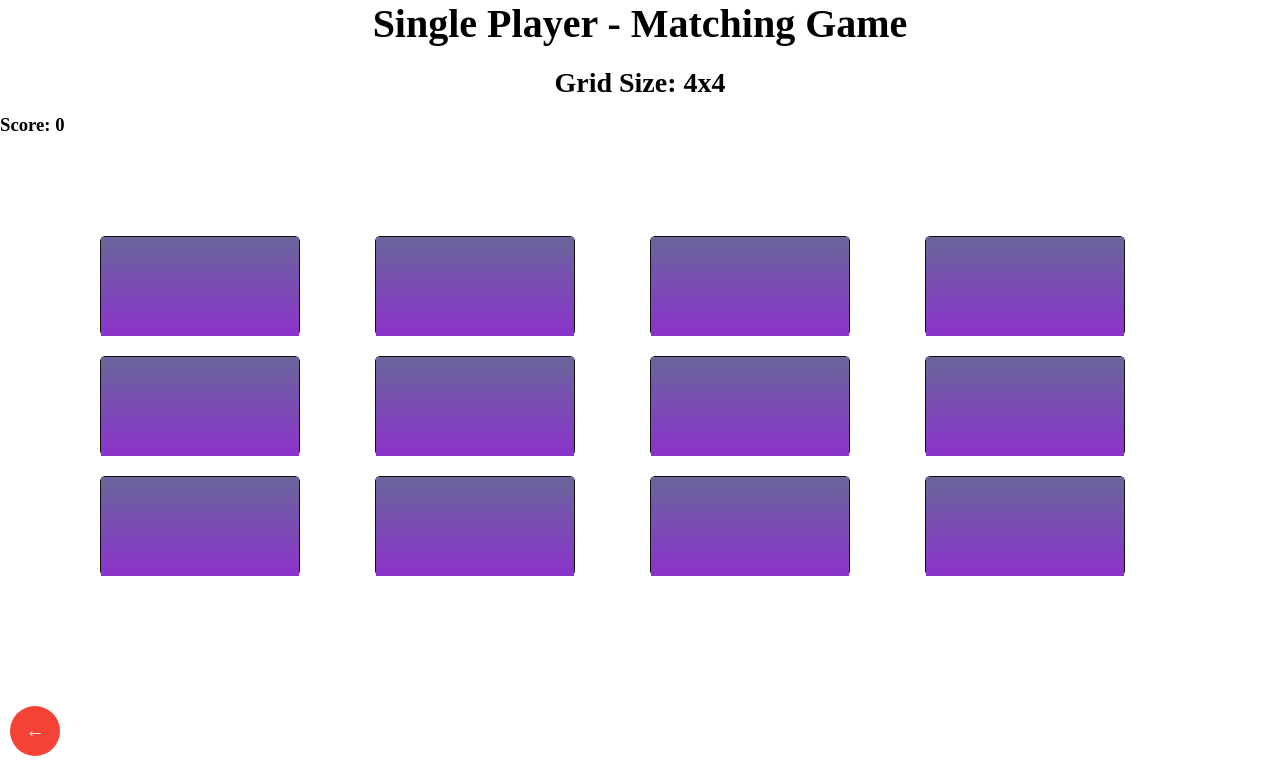
Repository: parnelltse/frontend2-courseproject
Page: /singlegame
The author's editor kept a copy of each file at every save. The page is drawn from the files as they stood at one save, then again after the next save.
The browser window is 1280 px wide. The pictures show the whole page.
The project was rebuilt for these pictures with package versions that can differ from the ones it lists, and the page was loaded fresh each time. Also part of the build but not shown: vite.config.js, src/pages/landing.jsx, src/pages/home.jsx, src/pages/gameoptions.jsx, src/pages/appsettings.jsx, src/pages/profilesettings.jsx, src/pages/gamehistory.jsx, src/pages/singleplayer.jsx and 3 more.

Above is the page before, as saved 2024-11-30 21:32:39.

### src/App.jsx
import React, { useState } from 'react';
import { BrowserRouter as Router, Routes, Route } from 'react-router-dom';
import { Landing } from './pages/landing';
import Home from './pages/home';
import Gameoptions from './pages/gameoptions';
import AppSettings from './pages/appsettings';
import ProfileSettings from './pages/profilesettings';
import GameHistory from './pages/gamehistory'; // Import GameHistory
import SinglePlayer from './pages/singleplayer';
import MultiPlayer from './pages/multiplayer';
import ResumeGame from './pages/resumegame';
import SingleGame from './pages/singlegame';
import MultiGame from './pages/multigame';

function App() {
  const [scores, setScores] = useState([
    { date: '2024-10-19', score: 85, gameMode: 'Single Player' },
    { date: '2024-10-18', score: 90, gameMode: 'Multiplayer' },
    { date: '2024-10-17', score: 75, gameMode: 'Single Player' },
  ]);

  return (
    <Router>
      <Routes>
        <Route path="/" element={<Landing />} />
        <Route path="/home" element={<Home />} />
        <Route path="/gameoptions" element={<Gameoptions />} />
        <Route path="/appsettings" element={<AppSettings />} />
        <Route path="/profilesettings" element={<ProfileSettings />} />
        <Route path="/gamehistory" element={<GameHistory scores={scores} />} /> {/* Pass scores as prop */}
        <Route path="/singleplayer" element={<SinglePlayer />} />
        <Route path="/multiplayer" element={<MultiPlayer />} />
        <Route path="/resumegame" element={<ResumeGame />} />
        <Route path="/singlegame" element={<SingleGame />} />
        <Route path="/multigame" element={<MultiGame />} />
      </Routes>
    </Router>
  );
}

export default App;

### src/pages/singlegame.jsx
import React, { useState, useEffect } from "react";
import { useLocation } from "react-router-dom";
import BackButton from "../components/BackButton";
import "../App.css";

const cardImages = [
  "/card-1.png",
  "/card-2.png",
  "/card-3.png",
  "/card-4.png",
  "/card-5.png",
  "/card-6.png",
];

export default function SingleGame() {
  const location = useLocation();
  const { gridSize } = location.state || { gridSize: 4 }; // Default to 4x4

  const totalCards = gridSize * gridSize;
  const totalPairs = totalCards / 2; // Total pairs to match

  const [cards, setCards] = useState([]);
  const [flippedCards, setFlippedCards] = useState([]);
  const [gameEnded, setGameEnded] = useState(false);
  const [score, setScore] = useState(0); // Score out of 100
  const [matchedPairs, setMatchedPairs] = useState(0); // Keep track of matched pairs

  useEffect(() => {
    initializeGame();
  }, [gridSize]);

  const initializeGame = () => {
    const selectedImages = cardImages.slice(0, totalPairs); // Get unique pairs
    const shuffledCards = shuffleCards([...selectedImages, ...selectedImages]);

    setCards(
      shuffledCards.map((image, index) => ({
        id: index,
        image,
        flipped: false,
        matched: false,
      }))
    );
    setFlippedCards([]);
    setGameEnded(false);
    setScore(0); // Reset score on new game
    setMatchedPairs(0); // Reset matched pairs
  };

  const shuffleCards = (cards) => {
    return cards.sort(() => Math.random() - 0.5);
  };

  const handleCardClick = (cardId) => {
    if (flippedCards.length === 2 || cards.find((card) => card.id === cardId).matched) return;

    const updatedCards = cards.map((card) =>
      card.id === cardId ? { ...card, flipped: true } : card
    );
    setCards(updatedCards);
    setFlippedCards((prev) => [...prev, cardId]);

    if (flippedCards.length === 1) {
      const firstCard = cards.find((card) => card.id === flippedCards[0]);
      const secondCard = cards.find((card) => card.id === cardId);

      if (firstCard.image === secondCard.image) {
        // Match found
        setTimeout(() => {
          setCards((prev) =>
            prev.map((card) =>
              card.id === firstCard.id || card.id === secondCard.id
                ? { ...card, matched: true }
                : card
            )
          );
          setFlippedCards([]);
          setMatchedPairs((prev) => prev + 1); // Increment matched pairs
          const newScore = Math.min(
            ((matchedPairs + 1) / totalPairs) * 100, // Calculate score as percentage
            100
          );
          setScore(newScore); // Update score based on matched pairs
        }, 500); // Delay to show match
      } else {
        // No match
        setTimeout(() => {
          setCards((prev) =>
            prev.map((card) =>
              card.id === firstCard.id || card.id === secondCard.id
                ? { ...card, flipped: false }
                : card
            )
          );
          setFlippedCards([]);
          // Penalize score on mismatch
          setScore((prevScore) => Math.max(prevScore - 15, 0)); // Prevent negative score
        }, 1000); // Delay to flip back
      }
    }
  };

  useEffect(() => {
    if (cards.length > 0 && cards.every((card) => card.matched)) {
      setGameEnded(true);
    }
  }, [cards]);

  return (
    <div className="single-game-container">
      <h1>Single Player - Matching Game</h1>
      <div className="gameInfoBox">
        <h2>Grid Size: {gridSize}x{gridSize}</h2>
        <div className="score-display">
          <h3>Score: {score.toFixed(0)}</h3> {/* Display score rounded to 0 decimal places */}
        </div>
      </div>

      {gameEnded ? (
        <div>
          <h2 className="congrat">Congratulations! You've matched all the cards!</h2>
          <div className="game-controls">
            <BackButton />
            <button onClick={initializeGame}>Play Again</button>
          </div>
        </div>
      ) : (
        <div>
          <div
            className="game-grid"
            style={{
              gridTemplateColumns: `repeat(${gridSize}, 1fr)`,
              gridTemplateRows: `repeat(${gridSize}, 1fr)`,
            }}
          >
            {cards.map((card) =>
              card.matched ? null : (
                <div
                  key={card.id}
                  className="game-item"
                  onClick={() => handleCardClick(card.id)}
                >
                  <img
                    src={card.flipped ? card.image : "/back.png"}
                    alt="Card"
                    className="card-image"
                  />
                </div>
              )
            )}
          </div>
          <BackButton />
        </div>
      )}
    </div>
  );
}

### src/components/BackButton.jsx
import React from "react";
import { useNavigate } from "react-router-dom";

export default function BackButton() {
	const navigate = useNavigate();

	return (
		<button className="back-btn" onClick={() => navigate(-1)}>
			&#x2190;
		</button>
	);
}

### src/index.css
/** landing page */

.landing-nav {
  display: flex;
  flex-direction: column;
  justify-content: center;
  align-items: center;
  gap: 20px
}

.app .headline {
  text-align: center;
}

/** account form */

.sub-btn {
  align-items: center;
  margin: auto;
  margin-top: 10px;
}


/* Single player*/

.single-btn {
  margin: auto;
  align-items: center;
  background-color: #03dac6;
  color: rgb(74, 96, 86); /* darker text */
}

.single-btn:hover {
  background-color: #018786;
  color: white;

}

.single-container {
  padding-top: 10vh;
  align-items: center;
  margin: auto;
}

.single-bottom {
  margin: auto;
  width: 100vw;
  align-items: center;
  align-self: center;
  display: flex;
  justify-content: center;
  flex-direction: column;
}




.home-container {
  background-color: #fff;
  border-radius: 150px;
  box-shadow: 0 5px 15px rgba(0, 0, 0, 0.35);
  position: relative;
  overflow: hidden;
  width: 768px;
  max-width: 100%;
  min-height: 480px;
  margin: auto;
}

.home-container p {
font-size: 14px;
line-height: 20px;
letter-spacing: 0.3px;
margin: 20px 0;
}


.home-container span {
font-size: 12px;
}

.home-container a {
color: #333;
font-size: 13px;
text-decoration: none;
margin: 15px 0 10px;
}
.home-container button {
background-color: #6200ea;
color: #fff;
padding: 10px 45px;
border: 2px solid transparent;
border-radius: 8px;
font-weight: 600;
letter-spacing: 0.5px;
text-transform: uppercase;
margin-top: 10px;
cursor: pointer;
}

.home-container button.hidden {
background-color: transparent;
border-color: #fff;
}

.home-container form {
background-color: #fff;
display: flex;
align-items: center;
justify-content: center;
flex-direction: column;
padding: 0 40px;
height: 100%;
}

.home-container input {
background-color: #eee;
border: none;
margin: 8px 0;
padding: 10px 15px;
font-size: 13px;
border-radius: 8px;
width: 100%;
outline: none;
}

.sign-up, .sign-in {
position: absolute;
top: 0;
height: 100%;
transition: all 0.6s ease-in-out;
}

.sign-in {
left: 0;
width: 50%;
z-index: 2;
}

.home-container.active .sign-in {
transform: translateX(100%);
}

.sign-up {
left: 0;
width: 50%;
z-index: 1;
opacity: 0;
}

.home-container.active .sign-up {
transform: translateX(100%);
opacity: 1;
z-index: 5;
animation: move 0.6s;
}

@keyframes move {
0%, 49.99%{
  opacity: 0;
  z-index: 1;
}
  50%, 100%{
  opacity: 1;
  z-index: 5;
}
}

.toogle-container {
position: absolute;
top: 0;
left: 50%;
width: 50%;
height: 100%;
overflow: hidden;
border-radius: 150px;
z-index: 1000;
transition: all 0.6s ease-in-out;
}

.home-container.active .toogle-container {
transform: translateX(-100%);
border-radius: 150px;
}

.toogle {
background-color: #6200ea;
height: 100%;
background: #6200ea;
color: #fff;
position: relative;
left: -100%;
width: 200%;
transform: translateX(0);
transition: all 0.6s ease-in-out;
}

.home-container.active .toogle {
transform: translateX(50%);
}

.toogle-panel {
position: absolute;
width: 50%;
height: 100%;
display: flex;
justify-content: center;
align-items: center;
flex-direction: column;
padding: 0 30px;
text-align: center;
top: 0;
transform: translateX(0);
transition: all 0.6s ease-in-out;
}

.toogle-left {
transform: translateX(-200%);
}

.home-container.active .toogle-left {
transform: translateX(0);
}

.toogle-right {
right: 0;
transform: translateX(0);
}

.home-container.active .toogle-right {
transform: translateX(200%);
}


.titleholder {
display: flex;
justify-content: center;
gap: 20px;
align-items: flex-end;
}

.gameInfo {
color: #333;
font-size: 24px;
padding-bottom: 22px;
cursor: pointer;
}

.overlayContainer {
position: fixed; /* Position it fixed to cover the viewport */
top: 0;
left: 0;
right: 0;
bottom: 0;
background-color: rgba(0, 0, 0, 0.5); /* Semi-transparent dark background */
display: flex;
justify-content: center;
align-items: center;
z-index: 2000;
}

.contentBox {
width: 800px;
height: 500px;
background-color: rgb(235, 220, 245);
border-radius: 20px;
padding: 40px;
display: flex;
flex-direction: column;
align-items: center;
justify-content: center;
}

.overlayHeader {
text-align: center;
padding-bottom: 20px;
font-size: 22px;
}

.overlayContent {
font-size: 18px;
padding-bottom: 40px;
}

.overButton {
align-content: center;
align-items: center;
font-size: 24px;
}

/* Home page */

.home-board {
width: 500px;
height: 400px;
margin: auto;
align-items: center;
display: flex;
flex-direction: column;
justify-content: center;
border-radius: 30px;
background: #a7cbe9;
}

.play-btn {
background-color: #3d8b5e; /* Button background */
color: white; /* Text color */
font-size: 28px; /* Font size */
padding: 15px 25px; /* Button padding */
border: none; /* Remove default border */
border-radius: 5px; /* Rounded corners */
position: relative; /* Ensures stacking context for pseudo-element */
cursor: pointer; /* Pointer cursor on hover */
overflow: hidden; /* Prevents the animation from spilling outside */
z-index: 1; /* Prevent the border animation from overflowing */
height: 60px;
}

.play-btn:hover {
background-color: #507c62; /* Button background */
}


.game-controls {
padding: 0 20px;
display: flex;
flex-direction: row;
justify-content: space-between;
gap: 20px;
}


/* finish screen */

.congrat {
color: #3d8b5e;
padding: 100px 0 100px 0;
}

Loaded but not shown: index.html (common file); src/main.jsx (common file); src/App.css (569 lines, source omitted)

After the next save:
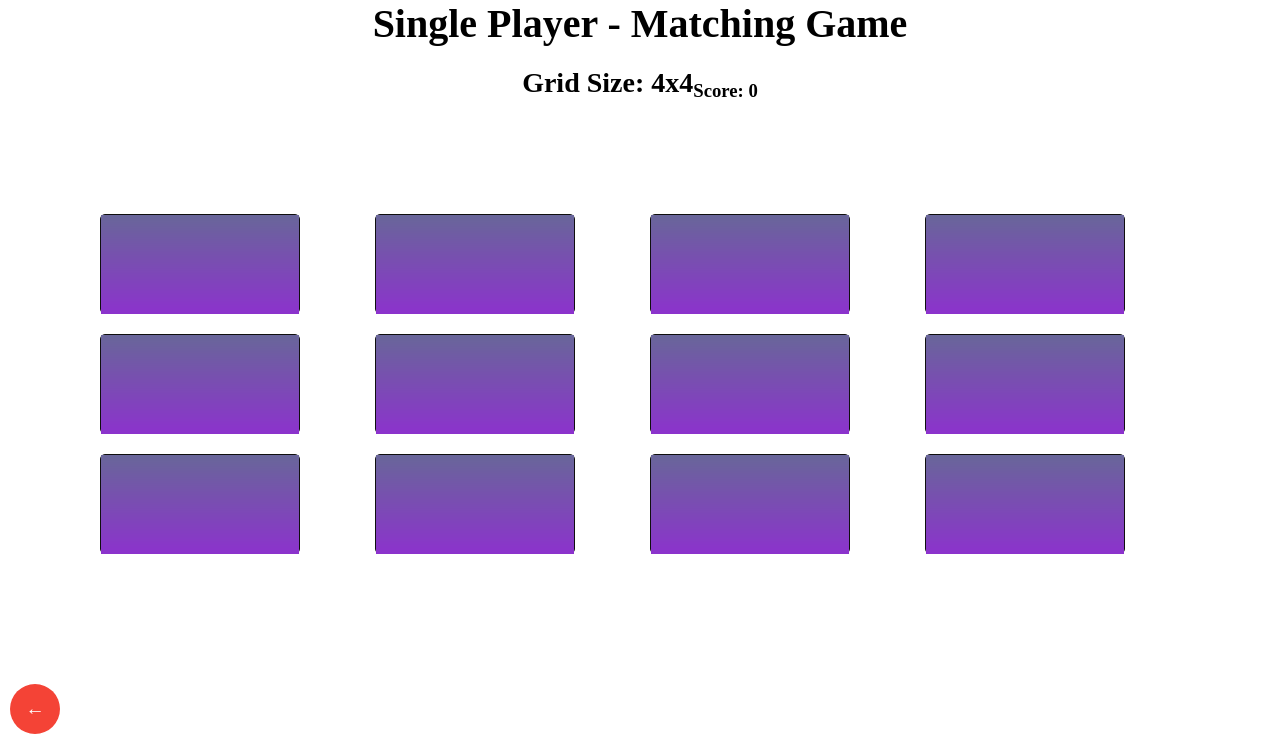
Saved 2 min 33 s later.
--- a/src/index.css
+++ b/src/index.css
@@ -329,6 +329,19 @@ justify-content: space-between;
 gap: 20px;
 }
 
+.score-display {
+  align-items: center;
+}
+
+.gameInfoBox {
+  display: flex;
+  flex-direction: row;
+  flex-wrap: wrap;
+  justify-content: center;
+  align-items: center;
+
+}
+
 
 /* finish screen */
 
